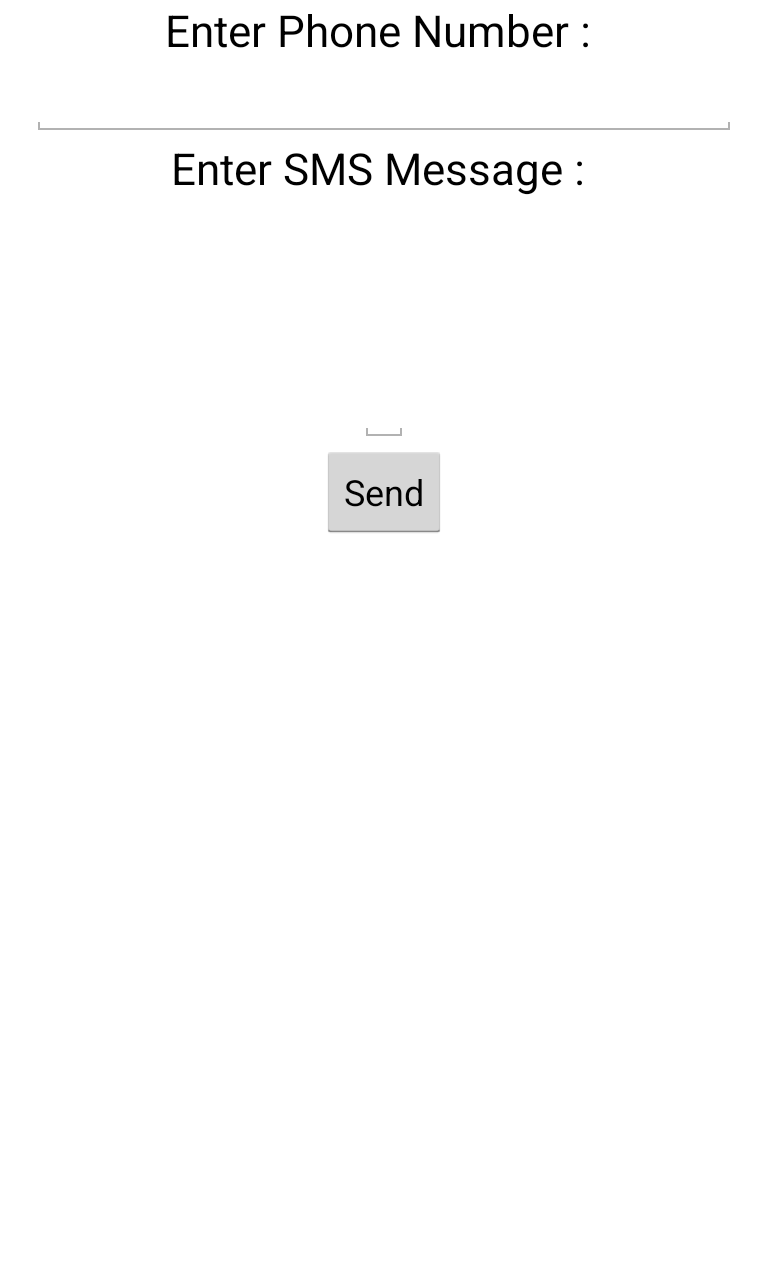
Repository: maya-alba/BasicInterface
Layout: SendSMS/res/layout/send_layout.xml
These files come from the project's save history. The layout is drawn as it stood at one moment and after the next save; the edit follows.
It is drawn on a 768 x 1280 px phone screen (xhdpi) without system bars, with theme AppTheme; the app's code is not run.

Above is the layout before, as saved 2014-03-23 03:52:47.

After the next save:
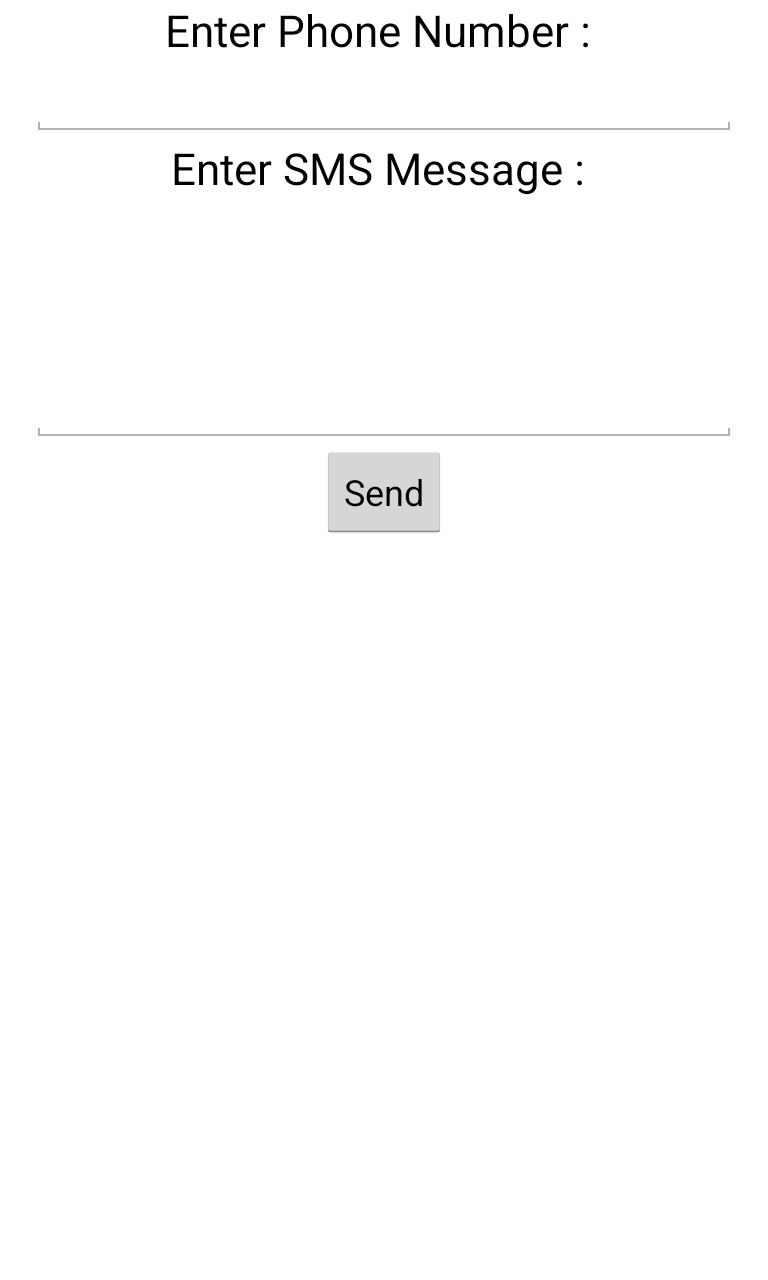
Saved 33 s later.
--- a/SendSMS/res/layout/send_layout.xml
+++ b/SendSMS/res/layout/send_layout.xml
@@ -33,9 +33,11 @@
 
     <EditText
         android:id="@+id/editTextSMS"
-        android:layout_width="wrap_content"
+        android:layout_width="fill_parent"
         android:layout_height="wrap_content"
         android:layout_gravity="center_horizontal"
+        android:layout_marginLeft="15dp"
+        android:layout_marginRight="15dp"
         android:inputType="textMultiLine"
         android:lines="5"
         android:gravity="top" />
